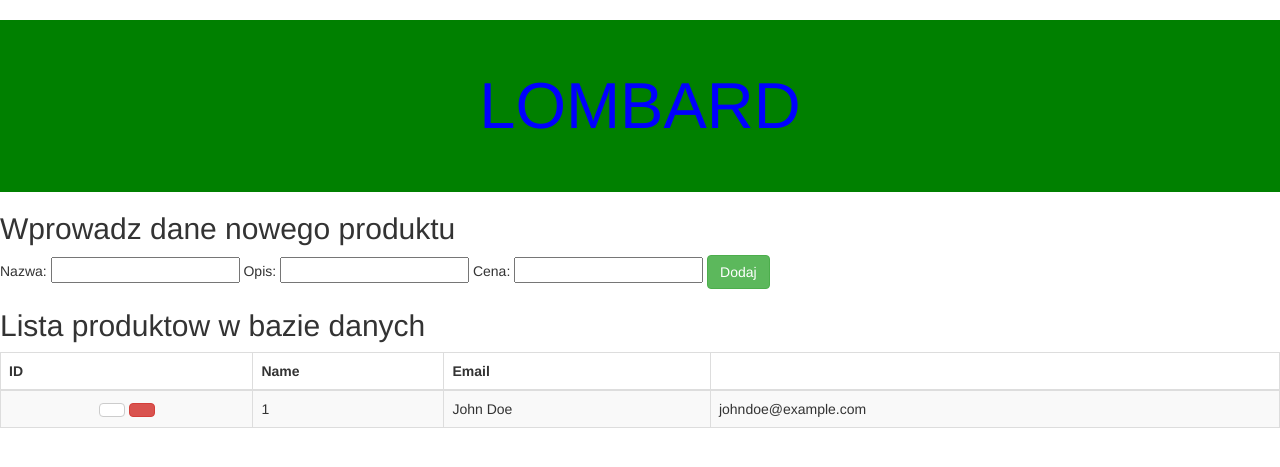
Repository: Hordix/CRUDapp
Page: Pulpit/Worspace/crudApplication1/src/main/resources/static/index.html
These files come from the project's save history. The page is drawn as it stood at one moment and after the next save; the edit follows.
The browser window is 1280 px wide. The pictures show the whole page.
The page's requests for data from a server got no answer. Some web libraries are served in a nearby version.

Above is the page before, as saved 2017-08-31 12:03:38.

After the next save:
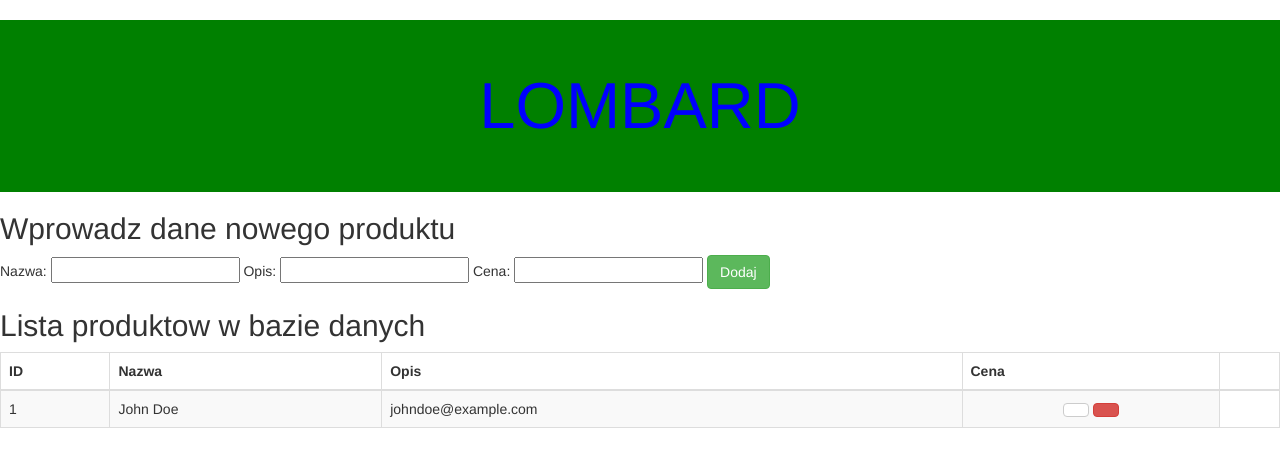
Saved 114 s later.
--- a/Pulpit/Worspace/crudApplication1/src/main/resources/static/index.html
+++ b/Pulpit/Worspace/crudApplication1/src/main/resources/static/index.html
@@ -38,20 +38,22 @@
                     <tr>
 
                         <th class="hidden-xs">ID</th>
-                        <th>Name</th>
-                        <th>Email</th>
+                        <th>Nazwa</th>
+                        <th>Opis</th>
+                        <th>Cena</th>
                          <th><em class="fa fa-cog"></em></th>
                     </tr>
                   </thead>
                   <tbody>
                           <tr>
+
+                            <td class="hidden-xs">1</td>
+                            <td>John Doe</td>
+                            <td>johndoe@example.com</td>
                             <td align="center">
                               <a class="btn btn-default"><em class="fa fa-pencil"></em></a>
                               <a class="btn btn-danger"><em class="fa fa-trash"></em></a>
                             </td>
-                            <td class="hidden-xs">1</td>
-                            <td>John Doe</td>
-                            <td>johndoe@example.com</td>
                           </tr>
                         </tbody>
                 </table>
